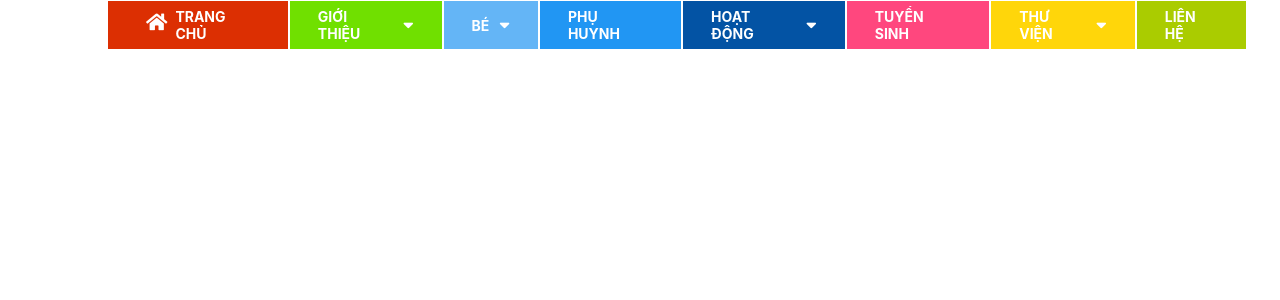
Repository: Luong-tung/mamnonAnhDuong
Page: index3.html
An editor plug-in stored every save of this project. The page is shown before and after the next save, followed by the edit.
The browser window is 1280 px wide. The pictures show the whole page.
Some web libraries are served in a nearby version.

Above is the page before, as saved 2021-10-08 07:43:35.

After the next save:
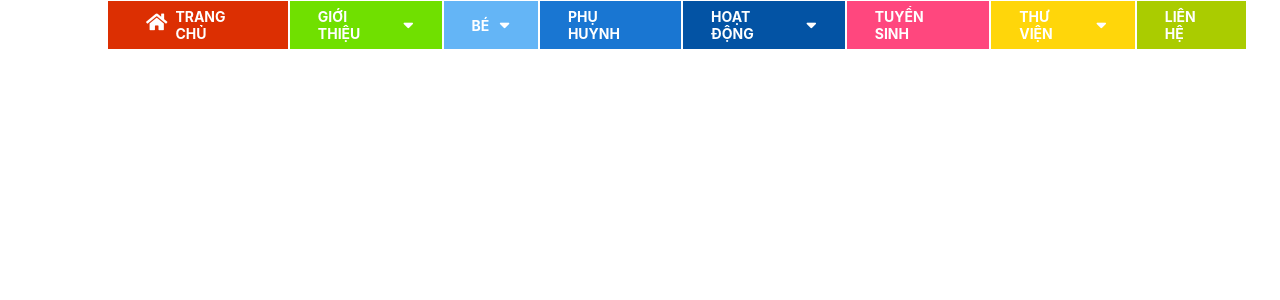
Saved 75 s later.
--- a/iu3.css
+++ b/iu3.css
@@ -56,7 +56,7 @@
     background: #64b5f6;
 }
 .main .navbar ul .navbar-phuhuynh {
-    background: #2196f3;
+    background: #1976d2;
 }
 .main .navbar ul .navbar-active {
     background: #0353a4;
